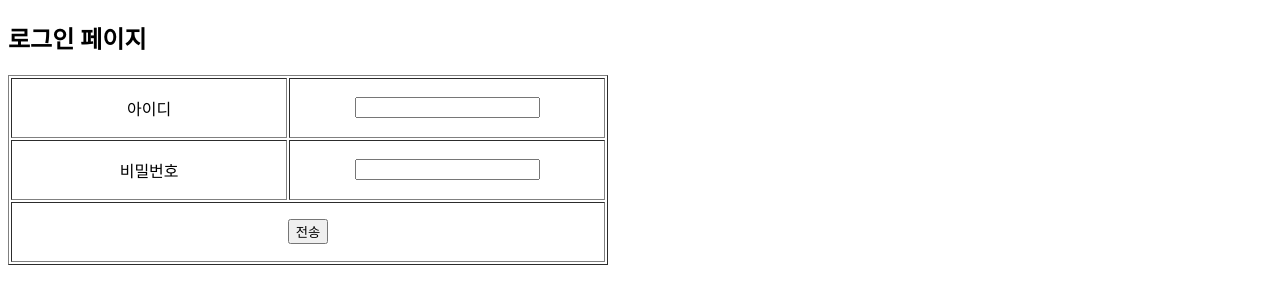
Repository: kkj68106810-dot/jsp2026
Page: http://localhost/chapter01/Request/RequestLogin.jsp
These files come from the project's save history. The page is drawn as it stood at one moment and after the next save; the edit follows.
The browser window is 1280 px wide. The pictures show the whole page.
The page is served by Tomcat 9.

Above is the page before, as saved 2026-10-19 05:50:09.

After the next save:
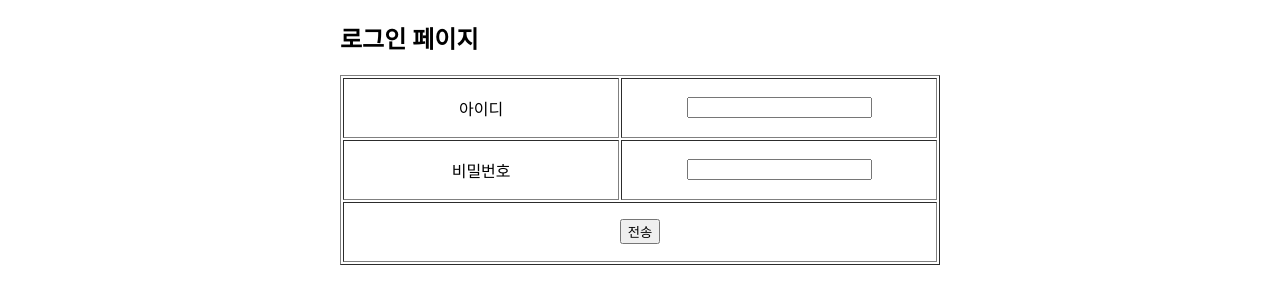
Saved 2 min 5 s later.
--- a/chapter01/src/main/webapp/Request/RequestLogin.jsp
+++ b/chapter01/src/main/webapp/Request/RequestLogin.jsp
@@ -5,11 +5,20 @@
 <head>
 <meta charset="UTF-8">
 <title>Insert title here</title>
+<style type="text/css">
+	.container{
+		width: 600px;
+		margin: 20px auto;
+	}
+
+</style>
 </head>
 <body>
 
 	<div class="container">
 		<h2>로그인 페이지</h2>
+
+
 		<form action="RequestLoginProc" method="post">
 			<table width="600" border="1">
 				<tr height="60">
